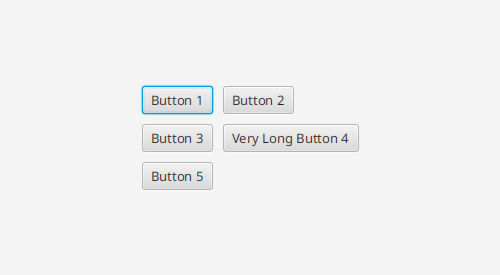
Repository: panushetty/Java
Program's window: java LayoutsFx/src/application/Main.java
These files come from the project's save history. The program's window is drawn as it stood at one moment and after the next save; the edit follows.
It runs on Java 21 on a 1366 x 768 screen with JavaFX 11; the title bar is not drawn.

Above is the program's window before, as saved 2018-01-08 14:09:07.

### LayoutsFx/src/application/Main.java
package application;

import javafx.application.Application;
import javafx.fxml.FXMLLoader;
import javafx.stage.Stage;
import javafx.scene.Parent;
import javafx.scene.Scene;
import javafx.scene.layout.BorderPane;


public class Main extends Application {
	@Override
	public void start(Stage primaryStage) throws Exception{
		Parent root=FXMLLoader.load(getClass().getResource("sample.fxml"));
		primaryStage.setTitle("Hello World");
		primaryStage.setScene(new Scene(root,500,275));
		primaryStage.show();
	}

	public static void main(String[] args) {
		launch(args);
	}
}

### LayoutsFx/src/application/Controller.java
package application;

public class Controller {

}

### LayoutsFx/src/application/sample.fxml
<?xml version="1.0" encoding="UTF-8"?>
<?import javafx.geometry.Insets?>
<?import javafx.scene.layout.GridPane?>

<?import javafx.scene.control.Button?>
<?import javafx.scene.control.Label?>
<?import javafx.scene.text.Font?>
<GridPane fx:controller="application.Controller"
          xmlns:fx="http://javafx.com/fxml" alignment="center" hgap="10" vgap="10">

          <Button text="Button 1" GridPane.rowIndex="0" GridPane.columnIndex="0"/>
          <Button text="Button 2" GridPane.rowIndex="0" GridPane.columnIndex="1"/>
          <Button text="Button 3" GridPane.rowIndex="1" GridPane.columnIndex="0"/>
          <Button text="Very Long Button 4" GridPane.rowIndex="1" GridPane.columnIndex="1"/>
          <Button text="Button 5" GridPane.rowIndex="2" GridPane.columnIndex="0"/>
</GridPane>

After the next save:
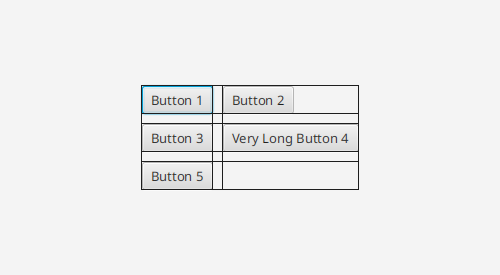
Saved 56 s later.
--- a/LayoutsFx/src/application/sample.fxml
+++ b/LayoutsFx/src/application/sample.fxml
@@ -6,7 +6,8 @@
 <?import javafx.scene.control.Label?>
 <?import javafx.scene.text.Font?>
 <GridPane fx:controller="application.Controller"
-          xmlns:fx="http://javafx.com/fxml" alignment="center" hgap="10" vgap="10">
+          xmlns:fx="http://javafx.com/fxml" alignment="center" hgap="10" vgap="10"
+          gridLinesVisible="true">
 
           <Button text="Button 1" GridPane.rowIndex="0" GridPane.columnIndex="0"/>
           <Button text="Button 2" GridPane.rowIndex="0" GridPane.columnIndex="1"/>
